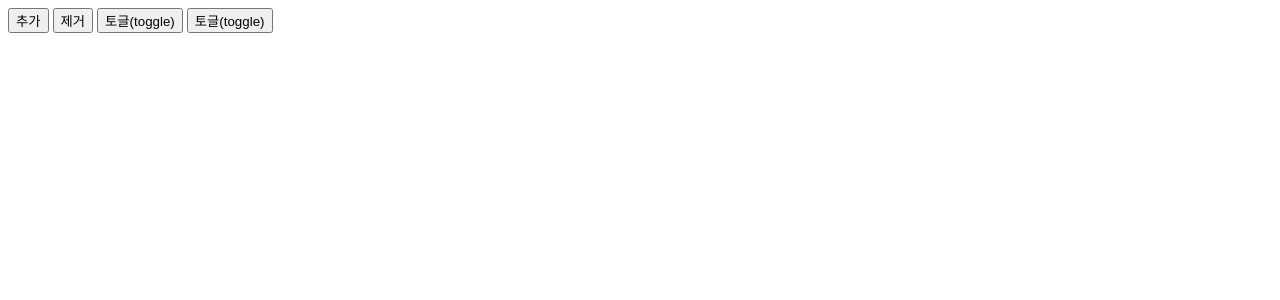
Repository: SeungjaeYu/webstudy
Page: webstudy/14_javascript/ch07_style/test04.html
These files come from the project's save history. The page is drawn as it stood at one moment and after a run of saves; the edit follows.
The browser window is 1280 px wide. The pictures show the whole page.

Above is the page before, as saved 2019-10-01 11:17:53.

### webstudy/14_javascript/ch07_style/test04.html
<!DOCTYPE html>
<html lang="en">
<head>
    <meta charset="UTF-8">
    <meta name="viewport" content="width=device-width, initial-scale=1.0">
    <meta http-equiv="X-UA-Compatible" content="ie=edge">
    <title>Document</title>
    <style>
        h2 {
            transition: 2s;
        }
        .a {
            border: 2px solid black;
            background: #345;
            color: white;
            margin: 30px;
            padding: 30px;
            height: 100px;
            text-align: center;
            line-height: 100px;
            border-radius: 30px;
        }
        .b {
            font-size: 40px;
            font-weight: bold;
        }
    </style>
</head>
<body>
    <div>
        <button>추가</button>
        <button>제거</button>
        <button>토글(toggle)</button>
        <button>토글(toggle)</button>
    </div>
    <script>
        function changeCss() {
            let h2Ele = document.querySelector("h2");
            h2Ele.class = "a";  // class 속성은 class가 아닌 className을 이용한다.
            h2Ele.className = "a";
            h2Ele["className"] = "a";
            // h2Ele.setAttribute("className", "a") = "a";  // 불가능
            h2Ele.setAttribute("class", "a") = "a";  // 가능, setAttribute는 원래의 속성 이름으로 적어야 한다.
        };
    </script>
</body>
</html>

After the next 2 saves:
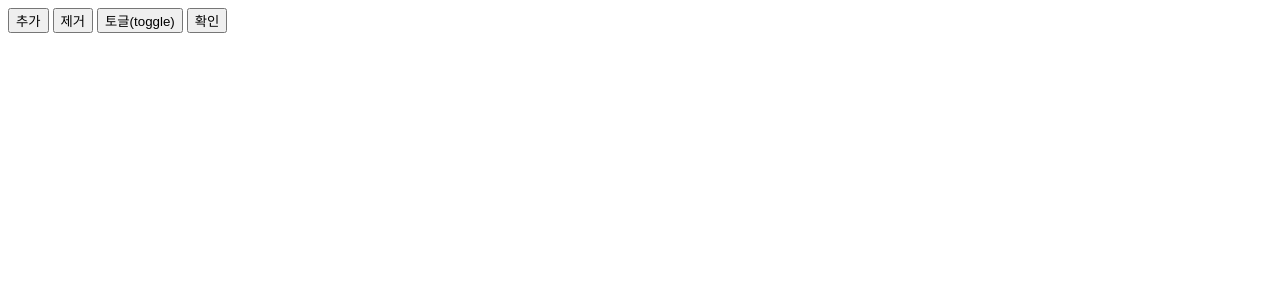
The 2 saves are shown as one change because they came seconds apart.
The last was saved 8 s later.
--- a/webstudy/14_javascript/ch07_style/test04.html
+++ b/webstudy/14_javascript/ch07_style/test04.html
@@ -31,7 +31,7 @@
         <button>추가</button>
         <button>제거</button>
         <button>토글(toggle)</button>
-        <button>토글(toggle)</button>
+        <button>확인</button>
     </div>
     <script>
         function changeCss() {
